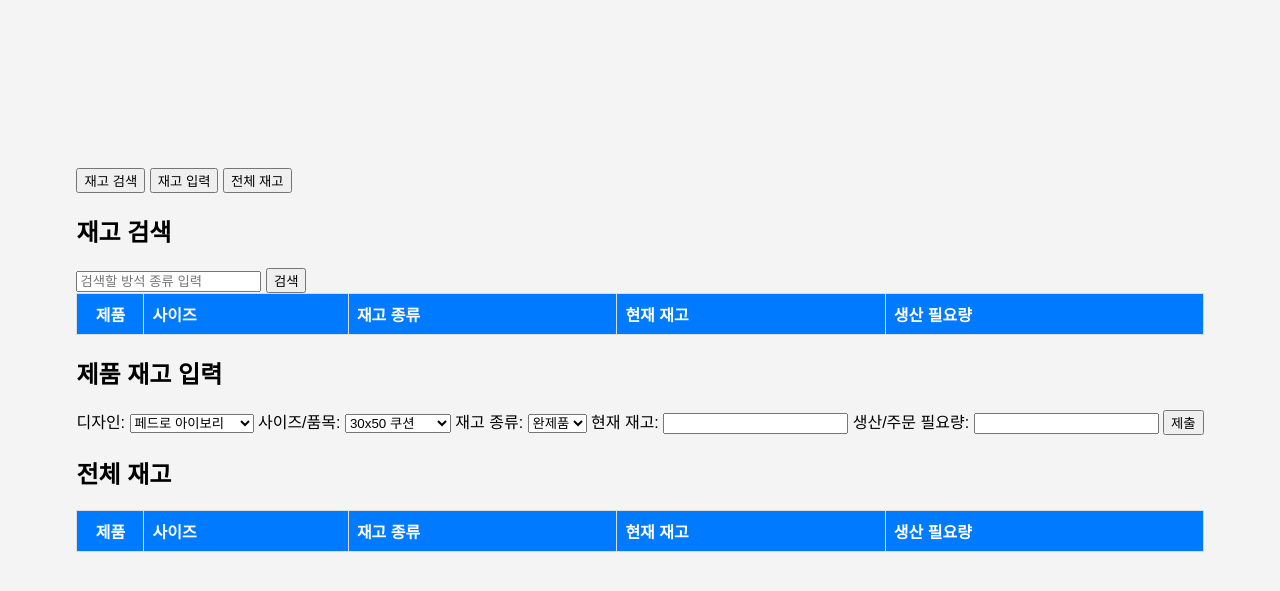
Repository: bluefoginthecup/inventory
Page: public/index.html
These files come from the project's save history. The page is drawn as it stood at one moment and after the next save; the edit follows.
The browser window is 1280 px wide. The pictures show the whole page.

Above is the page before, as saved 2025-01-05 01:29:59.
Console error: SyntaxError: Cannot use import statement outside a module

### public/index.html
<!DOCTYPE html>
<html lang="en">
<head>
    <meta charset="UTF-8">
    <meta name="viewport" content="width=device-width, initial-scale=1.0">
    <title>재고 관리 시스템</title>
    <link rel="stylesheet" href="styles.css">
</head>
<body>
    <div class="main-container">
        <!-- 탭 메뉴 -->
        <div class="tab-container">
            <button class="tab-button active" id="searchTab">재고 검색</button>
            <button class="tab-button" id="inputTab">재고 입력</button>
            <button class="tab-button" id="allStockTab">전체 재고</button>
        </div>

        <!-- 섹션 1: 재고 검색 -->
       <section id="searchSection" class="section active">
    <h2>재고 검색</h2>
    <input type="text" id="searchInput" placeholder="검색할 방석 종류 입력">
    <button id="searchBtn">검색</button>
    <table id="searchResults">
        <thead>
            <tr>
                <th>제품</th>
                <th>사이즈</th>
                <th>재고 종류</th>
                <th>현재 재고</th>
                <th>생산 필요량</th>
            </tr>
        </thead>
        <tbody>
            <!-- 검색 결과 테이블 -->
        </tbody>
    </table>
</section>


        <!-- 섹션 2: 제품 재고 입력 -->
<section id="inputSection" class="section">
    <h2>제품 재고 입력</h2>
    <form id="stockForm">
        <!-- 방석 종류 선택 -->
        <label for="product">디자인:</label>
        <select id="product" name="product" required>
            <option value="pedro_ivory">페드로 아이보리</option>
            <option value="pedro_gray">페드로 그레이</option>
            <option value="pedro_blue">페드로 블루</option>
            <option value="erica_white">에리카 화이트</option>
            <option value="erica_navy">에리카 네이비</option>
            <option value="erica_beige">에리카 베이지</option>
            <option value="dotori_white">도토리 화이트</option>
            <option value="dotori_coffee">도토리 커피</option>
            <option value="rouen_gray">루앙 그레이</option>  <!-- 수정된 부분 -->
            <option value="rouen_beige">루앙 베이지</option> <!-- 수정된 부분 -->
            <option value="rouen_gold">루앙 골드</option>  <!-- 수정된 부분 -->
            <option value="rouen_pink">루앙 핑크</option>  <!-- 수정된 부분 -->
            <option value="encia_white">엔시아 화이트</option> <!-- 수정된 부분 -->
            <option value="encia_orange">엔시아 오렌지</option> <!-- 수정된 부분 -->
            <option value="sobok_white">소복소복 화이트</option>
            <option value="sobok_gray">소복소복 그레이</option>
            <option value="sobok_indipink">소복소복 인디핑크</option>
            <option value="lavender_gold">라벤더 골드</option>
            <option value="iris_blue">아이리스 블루</option>
            <option value="tatiana_rose">타티아나 로즈</option> <!-- 수정된 부분 -->
            <option value="ronze_lightgray">론즈 연그레이</option> <!-- 수정된 부분 -->
            <option value="magritte_lightgray">마그리트 연회색</option> <!-- 수정된 부분 -->
            <option value="magritte_denim">마그리트 데님</option>
            <option value="magritte_beige">마그리트 베이지</option> <!-- 수정된 부분 -->
            <option value="thistle_lightgray">엉겅퀴 연회색</option> <!-- 수정된 부분 -->
            <option value="thistle_denim">엉겅퀴 데님</option> <!-- 수정된 부분 -->
            <option value="thistle_kahki">엉겅퀴 쑥색</option> <!-- 수정된 부분 -->

        </select>

        <!-- 사이즈 선택 -->
        <label for="size">사이즈/품목:</label>
        <select id="size" name="size" required>
            <option value="30x50_cushion">30x50 쿠션</option>
            <option value="40_cushion">40 쿠션</option>
            <option value="50_cushion">50 쿠션</option>
            <option value="45_basic">45 기본형</option>
            <option value="50_basic">50 기본형</option>
            <option value="50_frame">50 액자형</option>
            <option value="60_basic">60 기본형</option>
            <option value="45_winged">45 날개형</option>
            <option value="50_winged">50 날개형</option>
            <option value="hexagon_hanger">육각형 등걸이</option>
            <option value="rectangle_hanger">직사각 등걸이</option>
            <option value="frame_hanger">액자형 등걸이</option>
            <option value="50_basic_back">50 기본형 뒷지</option>
            <option value="45_winged_back">45 날개형 뒷지</option>
            <option value="50_winged_back">50 날개형 뒷지</option>
        </select>

        <!-- 재고 종류 선택 -->
        <label for="type">재고 종류:</label>
        <select id="type" name="type" required>
            <option value="finished">완제품</option>
            <option value="embroidery">자수물</option>
            <option value="cutting">재단물</option>
            <option value="loose">낱마</option>
            <option value="cut">절</option>
        </select>

        <!-- 현재 재고 입력 -->
        <label for="stockAmount">현재 재고:</label>
        <input type="number" id="stockAmount" name="stockAmount" required>

        <!-- 생산 필요량 입력 -->
        <label for="neededAmount">생산/주문 필요량:</label>
        <input type="number" id="neededAmount" name="neededAmount" required>

        <button type="button" id="submitButton">제출</button>
    </form>
</section>




        <!-- 섹션 3: 전체 재고 -->
        <section id="allStockSection" class="section">
            <h2>전체 재고</h2>
            <table id="allStockTable">
                <thead>
                    <tr>
                        <th>제품</th>
                        <th>사이즈</th>
                        <th>재고 종류</th>
                        <th>현재 재고</th>
                        <th>생산 필요량</th>
                    </tr>
                </thead>
                <tbody>
                    <!-- 전체 재고 테이블 -->
                </tbody>
            </table>
        </section>
    </div>

    <script src="script.js"></script>
</body>
</html>

### styles.css
body {
    font-family: Arial, sans-serif;
    display: flex;
    justify-content: center;
    align-items: center;
    height: 100vh;
    margin: 0;
    background-color: #f4f4f4;
    flex-direction: column;
}
.form-container {
    background: #fff;
    padding: 20px;
    border-radius: 8px;
    box-shadow: 0 4px 6px rgba(0, 0, 0, 0.1);
    width: 300px;
    text-align: center;
    margin-bottom: 20px;
}
.form-container h2 {
    margin-bottom: 20px;
}
.form-container input {
    width: 100%;
    padding: 10px;
    margin: 10px 0;
    border: 1px solid #ccc;
    border-radius: 4px;
    box-sizing: border-box;
}
.form-container button {
    background-color: #007BFF;
    color: #fff;
    border: none;
    padding: 10px 20px;
    border-radius: 4px;
    cursor: pointer;
}
.form-container button:hover {
    background-color: #0056b3;
}
.table-container {
    width: 80%;
    max-width: 600px;
    background: #fff;
    padding: 20px;
    border-radius: 8px;
    box-shadow: 0 4px 6px rgba(0, 0, 0, 0.1);
}
table {
    width: 100%;
    border-collapse: collapse;
}
table th, table td {
    border: 1px solid #ddd;
    padding: 8px;
    text-align: left;
}
table th {
    background-color: #007BFF;
    color: white;
}

table th:first-child,
table td:first-child {
    width: 50px;
    text-align: center;
}

### public/script.js

 // Import the functions you need from the SDKs you need
// Firebase 모듈 가져오기
import { initializeApp } from "firebase/app";
import { getDatabase, ref, push } from "firebase/database";


// TODO: Add SDKs for Firebase products that you want to use
// https://firebase.google.com/docs/web/setup#available-libraries

// Your web app's Firebase configuration
const firebaseConfig = {
  apiKey: "AIzaSyCviaYW79vbuEzyLGlVP5OK8irS_yVHmxk",
  authDomain: "nameage-ec0a2.firebaseapp.com",
  databaseURL: "https://nameage-ec0a2-default-rtdb.asia-southeast1.firebasedatabase.app",
  projectId: "nameage-ec0a2",
  storageBucket: "nameage-ec0a2.firebasestorage.app",
  messagingSenderId: "72793368901",
  appId: "1:72793368901:web:55e93af625bf0c9193362c"
};

// Initialize Firebase
const app = initializeApp(firebaseConfig);
const db = getDatabase(app);



document.getElementById('submitButton').addEventListener('click', function() {
    const name = document.getElementById('name').value;
    const age = document.getElementById('age').value;

    if (name && age) {
        // 테이블에 데이터 추가
        const tableBody = document.getElementById('dataTable').querySelector('tbody');
        const newRow = document.createElement('tr');
        const rowNumber = tableBody.rows.length + 1; // 현재 행 개수 + 1이 번호

        newRow.innerHTML = `<td>${rowNumber}</td><td>${name}</td><td>${age}</td>`;
        tableBody.appendChild(newRow);

         // Firebase에 데이터 저장

         const userRef = ref(db, 'users');
         push(userRef, { name, age })
             .then(() => console.log('Data saved to Firebase'))
             .catch(error => console.error('Firebase Error:', error));

        // 입력 필드 초기화
        document.getElementById('name').value = '';
        document.getElementById('age').value = '';
    } else {
        alert('모든 필드를 입력해주세요.');
    }
});

After the next save:
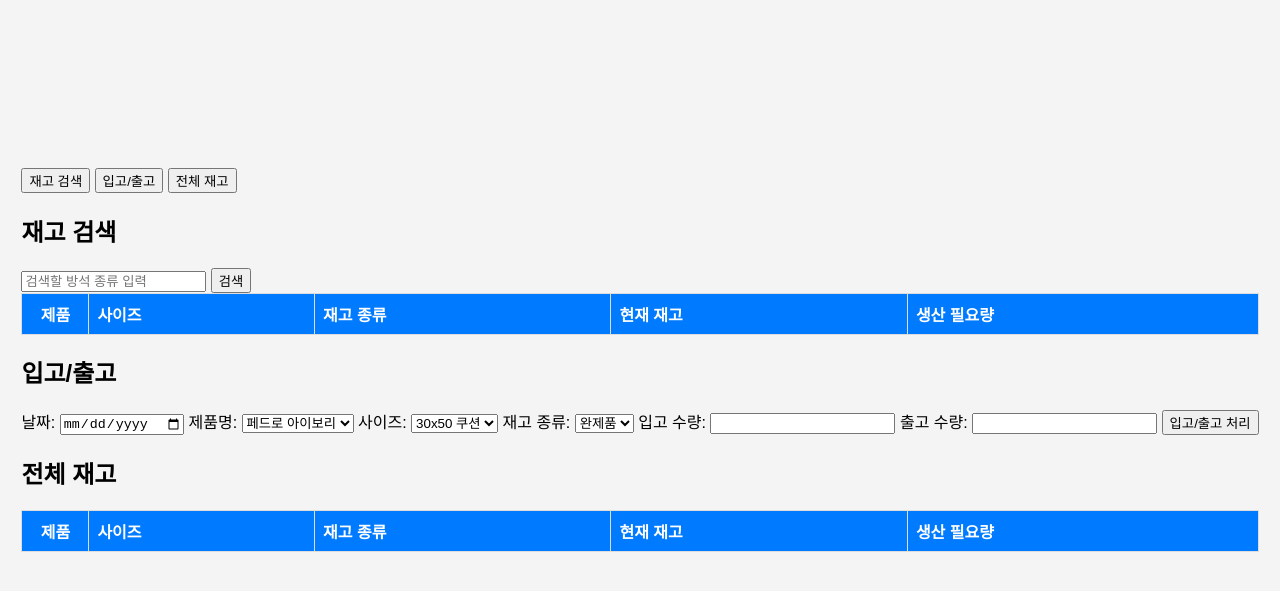
Saved 16 min 14 s later.
--- a/public/index.html
+++ b/public/index.html
@@ -11,113 +11,70 @@
         <!-- 탭 메뉴 -->
         <div class="tab-container">
             <button class="tab-button active" id="searchTab">재고 검색</button>
-            <button class="tab-button" id="inputTab">재고 입력</button>
+            <button class="tab-button" id="movementTab">입고/출고</button>
             <button class="tab-button" id="allStockTab">전체 재고</button>
         </div>
 
         <!-- 섹션 1: 재고 검색 -->
-       <section id="searchSection" class="section active">
-    <h2>재고 검색</h2>
-    <input type="text" id="searchInput" placeholder="검색할 방석 종류 입력">
-    <button id="searchBtn">검색</button>
-    <table id="searchResults">
-        <thead>
-            <tr>
-                <th>제품</th>
-                <th>사이즈</th>
-                <th>재고 종류</th>
-                <th>현재 재고</th>
-                <th>생산 필요량</th>
-            </tr>
-        </thead>
-        <tbody>
-            <!-- 검색 결과 테이블 -->
-        </tbody>
-    </table>
-</section>
+        <section id="searchSection" class="section active">
+            <h2>재고 검색</h2>
+            <input type="text" id="searchInput" placeholder="검색할 방석 종류 입력">
+            <button id="searchBtn">검색</button>
+            <table id="searchResults">
+                <thead>
+                    <tr>
+                        <th>제품</th>
+                        <th>사이즈</th>
+                        <th>재고 종류</th>
+                        <th>현재 재고</th>
+                        <th>생산 필요량</th>
+                    </tr>
+                </thead>
+                <tbody>
+                    <!-- 검색 결과 테이블 -->
+                </tbody>
+            </table>
+        </section>
 
+        <!-- 섹션 2: 입고/출고 처리 -->
+        <section id="movementSection" class="section">
+            <h2>입고/출고</h2>
+            <form id="stockMovementForm">
+                <label for="stockDate">날짜:</label>
+                <input type="date" id="stockDate" name="stockDate" required>
 
-        <!-- 섹션 2: 제품 재고 입력 -->
-<section id="inputSection" class="section">
-    <h2>제품 재고 입력</h2>
-    <form id="stockForm">
-        <!-- 방석 종류 선택 -->
-        <label for="product">디자인:</label>
-        <select id="product" name="product" required>
-            <option value="pedro_ivory">페드로 아이보리</option>
-            <option value="pedro_gray">페드로 그레이</option>
-            <option value="pedro_blue">페드로 블루</option>
-            <option value="erica_white">에리카 화이트</option>
-            <option value="erica_navy">에리카 네이비</option>
-            <option value="erica_beige">에리카 베이지</option>
-            <option value="dotori_white">도토리 화이트</option>
-            <option value="dotori_coffee">도토리 커피</option>
-            <option value="rouen_gray">루앙 그레이</option>  <!-- 수정된 부분 -->
-            <option value="rouen_beige">루앙 베이지</option> <!-- 수정된 부분 -->
-            <option value="rouen_gold">루앙 골드</option>  <!-- 수정된 부분 -->
-            <option value="rouen_pink">루앙 핑크</option>  <!-- 수정된 부분 -->
-            <option value="encia_white">엔시아 화이트</option> <!-- 수정된 부분 -->
-            <option value="encia_orange">엔시아 오렌지</option> <!-- 수정된 부분 -->
-            <option value="sobok_white">소복소복 화이트</option>
-            <option value="sobok_gray">소복소복 그레이</option>
-            <option value="sobok_indipink">소복소복 인디핑크</option>
-            <option value="lavender_gold">라벤더 골드</option>
-            <option value="iris_blue">아이리스 블루</option>
-            <option value="tatiana_rose">타티아나 로즈</option> <!-- 수정된 부분 -->
-            <option value="ronze_lightgray">론즈 연그레이</option> <!-- 수정된 부분 -->
-            <option value="magritte_lightgray">마그리트 연회색</option> <!-- 수정된 부분 -->
-            <option value="magritte_denim">마그리트 데님</option>
-            <option value="magritte_beige">마그리트 베이지</option> <!-- 수정된 부분 -->
-            <option value="thistle_lightgray">엉겅퀴 연회색</option> <!-- 수정된 부분 -->
-            <option value="thistle_denim">엉겅퀴 데님</option> <!-- 수정된 부분 -->
-            <option value="thistle_kahki">엉겅퀴 쑥색</option> <!-- 수정된 부분 -->
+                <label for="product">제품명:</label>
+                <select id="product" name="product" required>
+                    <option value="pedro_ivory">페드로 아이보리</option>
+                    <option value="pedro_gray">페드로 그레이</option>
+                    <option value="pedro_blue">페드로 블루</option>
+                    <!-- 추가 제품 옵션 -->
+                </select>
 
-        </select>
+                <label for="size">사이즈:</label>
+                <select id="size" name="size" required>
+                    <option value="30x50_cushion">30x50 쿠션</option>
+                    <option value="40_cushion">40 쿠션</option>
+                    <!-- 추가 사이즈 옵션 -->
+                </select>
 
-        <!-- 사이즈 선택 -->
-        <label for="size">사이즈/품목:</label>
-        <select id="size" name="size" required>
-            <option value="30x50_cushion">30x50 쿠션</option>
-            <option value="40_cushion">40 쿠션</option>
-            <option value="50_cushion">50 쿠션</option>
-            <option value="45_basic">45 기본형</option>
-            <option value="50_basic">50 기본형</option>
-            <option value="50_frame">50 액자형</option>
-            <option value="60_basic">60 기본형</option>
-            <option value="45_winged">45 날개형</option>
-            <option value="50_winged">50 날개형</option>
-            <option value="hexagon_hanger">육각형 등걸이</option>
-            <option value="rectangle_hanger">직사각 등걸이</option>
-            <option value="frame_hanger">액자형 등걸이</option>
-            <option value="50_basic_back">50 기본형 뒷지</option>
-            <option value="45_winged_back">45 날개형 뒷지</option>
-            <option value="50_winged_back">50 날개형 뒷지</option>
-        </select>
+                <label for="type">재고 종류:</label>
+                <select id="type" name="type" required>
+                    <option value="finished">완제품</option>
+                    <option value="embroidery">자수물</option>
+                    <option value="cutting">재단물</option>
+                    <!-- 추가 재고 종류 옵션 -->
+                </select>
 
-        <!-- 재고 종류 선택 -->
-        <label for="type">재고 종류:</label>
-        <select id="type" name="type" required>
-            <option value="finished">완제품</option>
-            <option value="embroidery">자수물</option>
-            <option value="cutting">재단물</option>
-            <option value="loose">낱마</option>
-            <option value="cut">절</option>
-        </select>
+                <label for="incomingAmount">입고 수량:</label>
+                <input type="number" id="incomingAmount" name="incomingAmount" required>
 
-        <!-- 현재 재고 입력 -->
-        <label for="stockAmount">현재 재고:</label>
-        <input type="number" id="stockAmount" name="stockAmount" required>
+                <label for="outgoingAmount">출고 수량:</label>
+                <input type="number" id="outgoingAmount" name="outgoingAmount" required>
 
-        <!-- 생산 필요량 입력 -->
-        <label for="neededAmount">생산/주문 필요량:</label>
-        <input type="number" id="neededAmount" name="neededAmount" required>
-
-        <button type="button" id="submitButton">제출</button>
-    </form>
-</section>
-
-
-
+                <button type="button" id="submitMovementButton">입고/출고 처리</button>
+            </form>
+        </section>
 
         <!-- 섹션 3: 전체 재고 -->
         <section id="allStockSection" class="section">
